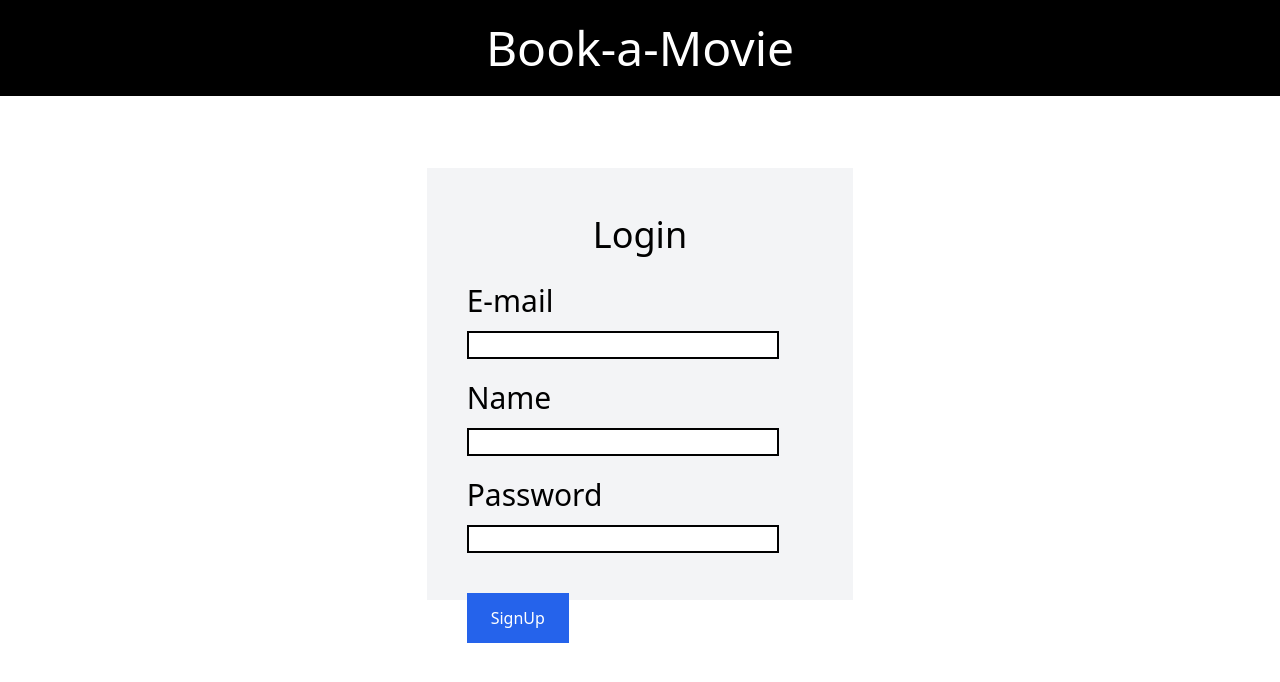
Repository: BhumilModi/movie-booking-app-assignment
Page: /signUp
These files come from the project's save history. The page is drawn as it stood at one moment and after the next save; the edit follows.
The browser window is 1280 px wide. The pictures show the whole page.
The project was rebuilt for these pictures with package versions that can differ from the ones it lists, and the page was loaded fresh each time. Also part of the build but not shown: src/App.css, src/components/Login.jsx.

Above is the page before, as saved 2022-11-29 18:24:34.

### src/App.js
import './App.css';
import Login from './components/Login';
import SignUp from './components/SignUp';
function App() {
  return (
    <div>
      {/* <Login /> */}
      <SignUp />
    </div>
  );
}

export default App;

### src/components/SignUp.jsx
import React from "react";
import Navbar from "./Navbar";

function Login() {
  return (
    <div className="flex flex-col justify-center items-center">
      <Navbar />
      <div className="h-[60vh] bg-gray-100 w-1/3 my-[10vh] flex flex-col p-[40px]">
        <div className="text-[36px] mx-auto">Login</div>
        <div className="text-[30px] mt-4 mb-2">E-mail</div>
        <input type="text" className="w-[90%] border-2 border-black" />
        <div className="text-[30px] mt-4 mb-2">Name</div>
        <input type="text" className="w-[90%] border-2 border-black" />
        <div className="text-[30px] mt-4 mb-2">Password</div>
        <input type="password" className="w-[90%] border-2 border-black" />
        <div className="flex justify-between items-center mt-10 mr-10">
          <button className="bg-blue-600 w-1/3 h-[50px] text-white">
            SignUp
          </button>
        </div>
      </div>
    </div>
  );
}

export default Login;

### src/components/Navbar.jsx
import React from "react";

function Navbar() {
  return (
    <div className="h-24 bg-black flex justify-center items-center w-full">
      <div className="text-white text-[48px]">Book-a-Movie</div>
    </div>
  );
}

export default Navbar;

Loaded but not shown: public/index.html (common file); src/index.js (common file); src/index.css (common file); tailwind.config.js (common file)

After the next save:
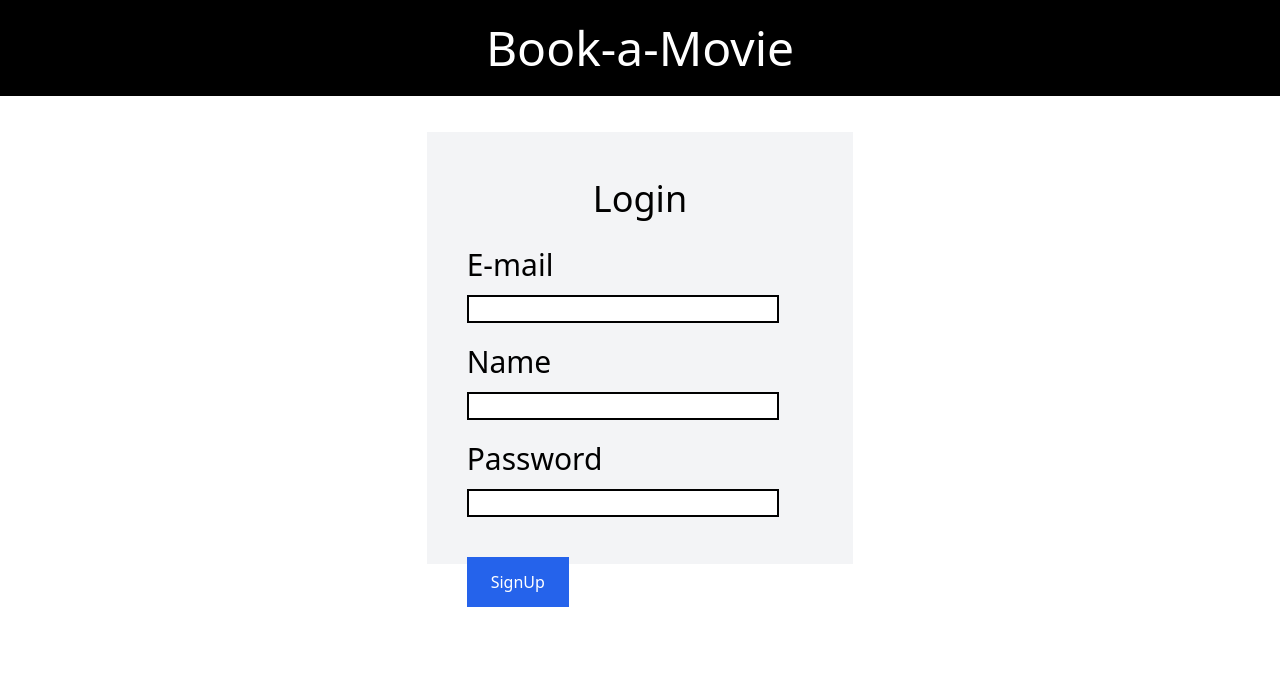
Saved 17 s later.
--- a/src/components/SignUp.jsx
+++ b/src/components/SignUp.jsx
@@ -5,7 +5,7 @@ function Login() {
   return (
     <div className="flex flex-col justify-center items-center">
       <Navbar />
-      <div className="h-[60vh] bg-gray-100 w-1/3 my-[10vh] flex flex-col p-[40px]">
+      <div className="h-[60vh] bg-gray-100 w-1/3 my-[5vh] flex flex-col p-[40px]">
         <div className="text-[36px] mx-auto">Login</div>
         <div className="text-[30px] mt-4 mb-2">E-mail</div>
         <input type="text" className="w-[90%] border-2 border-black" />
